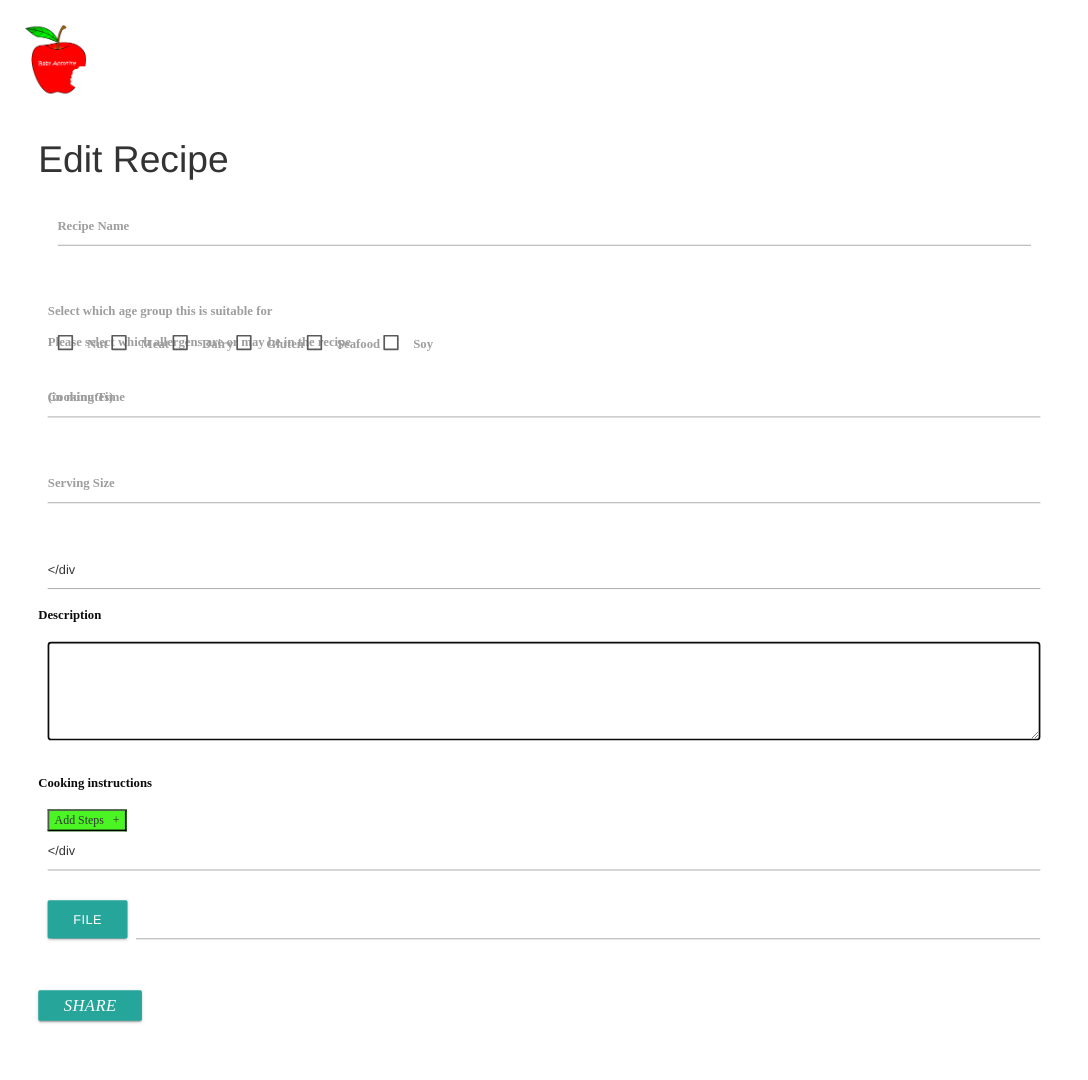
Repository: blueag8/babyappytite
Page: templates/testformupdate.html
The author's editor kept a record of every edit. The page is drawn from the files as they stood at one moment, then again after the next edit.
The browser window is 1280 px wide. The pictures show the whole page, at 85% of full size.
Some web fonts or font styles are not loaded; a fallback is used. Some web libraries are served in a nearby version. The page is served by the project's application, run on Flask 3 (app.py). The template is opened directly, without the code that normally fills it, so the values that code supplies are empty.

Above is the page before.
Console error: SyntaxError: missing ) after argument list

After the next edit:
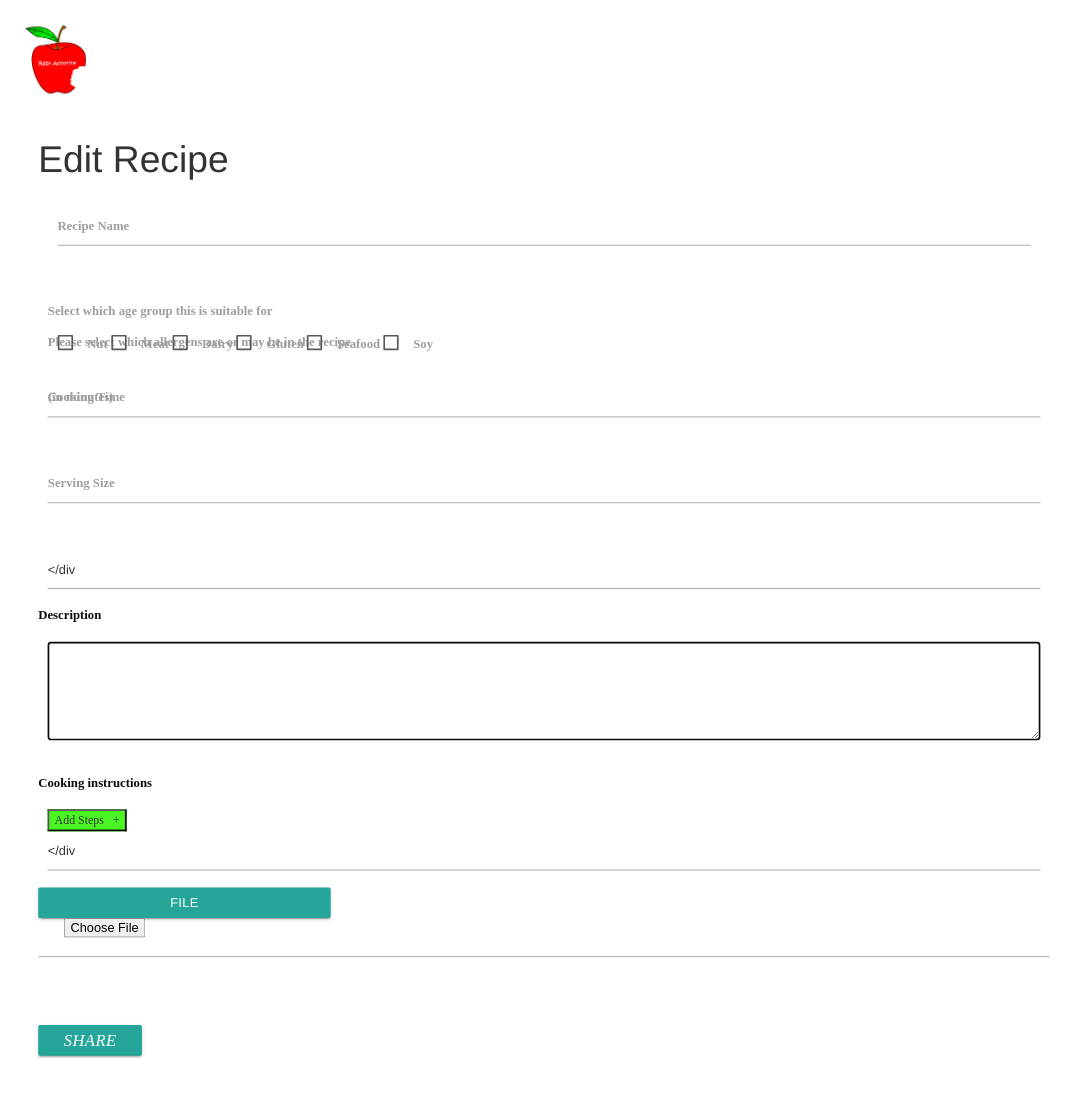
The edit:
--- a/templates/testformupdate.html
+++ b/templates/testformupdate.html
@@ -104,7 +104,7 @@
    </div>
 
 <div class="form row">
-  <div class="file-field input-field col s12">
+
     <div class="btn">
        <span>File</span>
         <input type="file">
